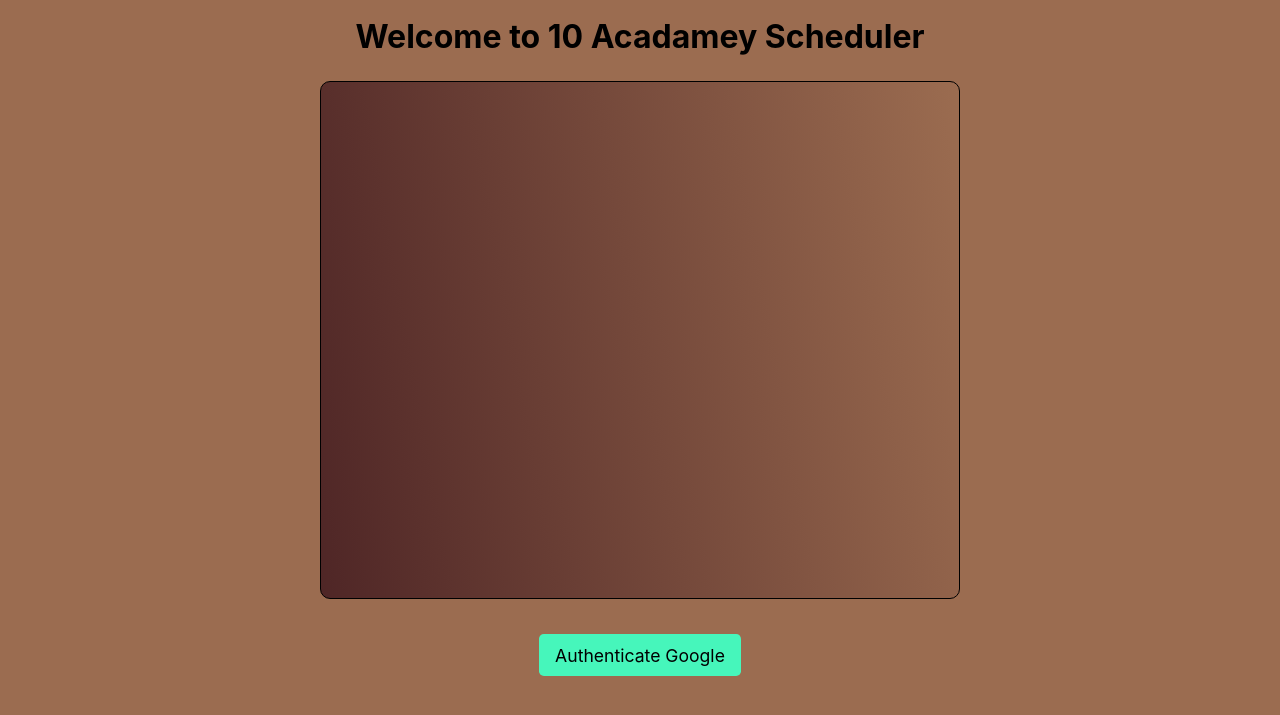
Repository: nebilarega/calendar-extractor
Page: / (app in frontend/)
The author's editor kept a copy of each file at every save. The page is drawn from the files as they stood at one save, then again after the next save.
The browser window is 1280 px wide. The pictures show the whole page.
The pointer rests on the first visible `button`.
The project was rebuilt for these pictures with package versions that can differ from the ones it lists, and the page was loaded fresh each time.

Above is the page before, as saved 2022-08-24 23:40:35.

After the next save:
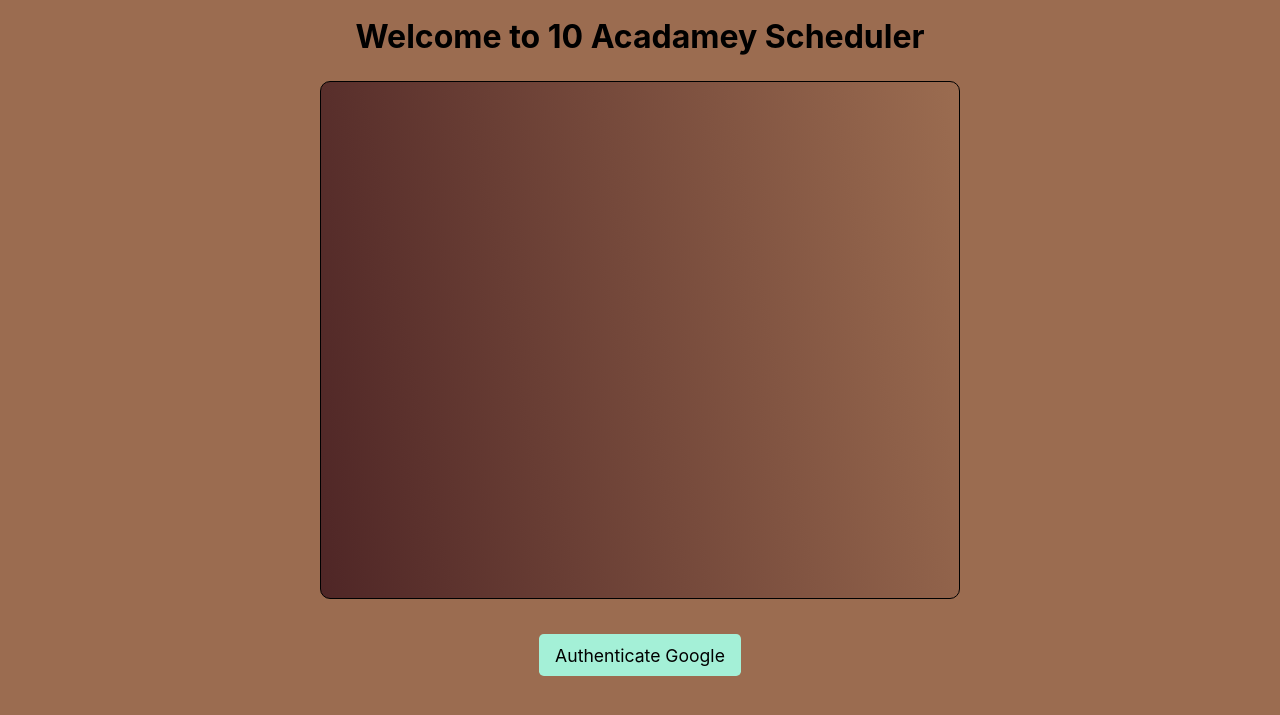
Saved 53 s later.
--- a/frontend/src/css/landing.css
+++ b/frontend/src/css/landing.css
@@ -104,4 +104,5 @@
   outline: none;
 }
 button:hover {
+  background-color: #a4f0d7;
 }
